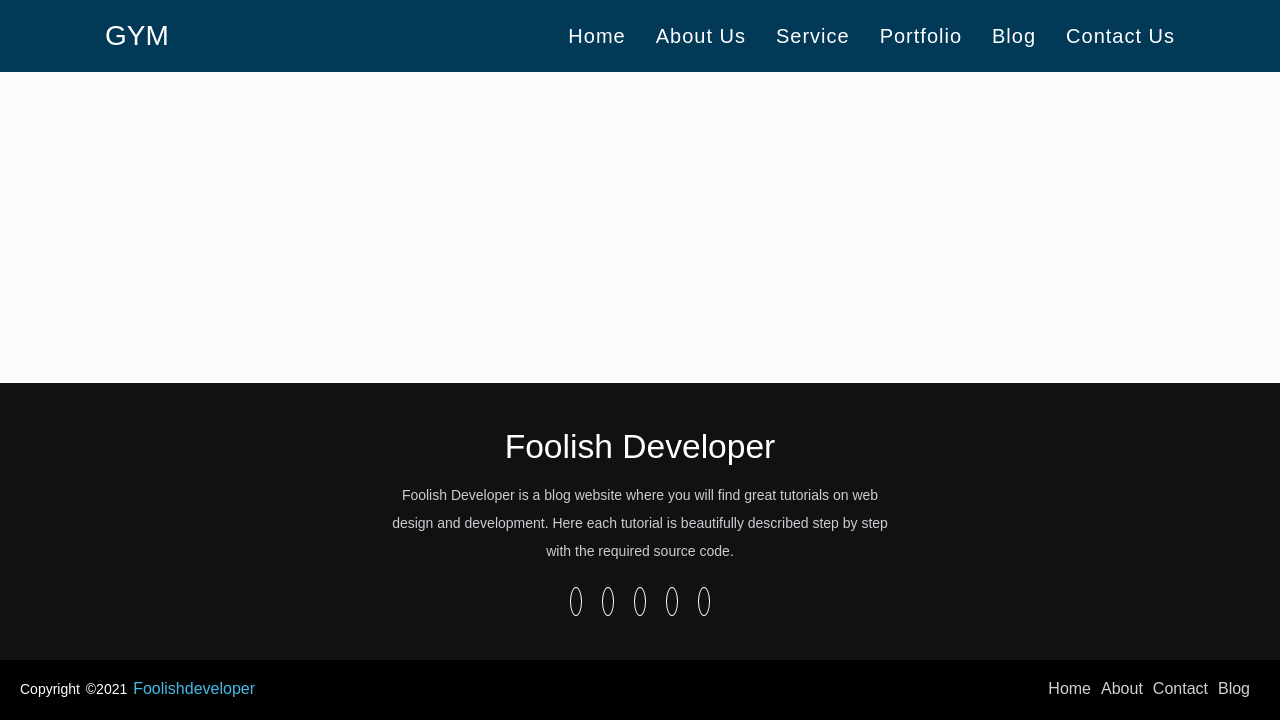
Repository: mcleanka/gym-management-system
Page: index.html
An editor plug-in stored every save of this project. The page is shown before and after the next save, followed by the edit.
The browser window is 1280 px wide. The pictures show the whole page.

Above is the page before, as saved 2022-07-01 17:04:23.

### index.html
<!DOCTYPE html>
<html lang="en">

<head>
	<meta charset="UTF-8">
	<meta http-equiv="X-UA-Compatible" content="IE=edge">
	<meta name="viewport" content="width=device-width, initial-scale=1.0">
	<title>Home | Gym Management System</title>

	<link rel="stylesheet" href="css/style.css">
	<script src="js/app.js"></script>
</head>

<body>
	<div class="container">
		<div class="wrapper">

			<header id="header">
				<div class="container">
					<div class="header_left">
						<a class="logo" href="#">GYM</a>
					</div>
					<div class="header_right">
						<a href="#!" class="nav_ico">Menu</a>
						<nav class="main_nav">
							<ul>
								<li><a href="#">Home</a></li>
								<li><a href="#">About Us</a></li>
								<li><a href="#">Service</a></li>
								<li><a href="#">Portfolio</a></li>
								<li><a href="#">Blog</a></li>
								<li><a href="#">Contact Us</a></li>
							</ul>
						</nav>
					</div>
				</div>
			</header>

			<main>

			</main>


			<footer>
				<div class="footer-content">
					<h3>Foolish Developer</h3>
					<p>Foolish Developer is a blog website where you will find great tutorials on web design and
						development. Here
						each tutorial is beautifully described step by step with the required source code.</p>
					<ul class="socials">
						<li><a href="#"><i class="fa fa-facebook"></i></a></li>
						<li><a href="#"><i class="fa fa-twitter"></i></a></li>
						<li><a href="#"><i class="fa fa-google-plus"></i></a></li>
						<li><a href="#"><i class="fa fa-youtube"></i></a></li>
						<li><a href="#"><i class="fa fa-linkedin-square"></i></a></li>
					</ul>
				</div>
				<div class="footer-bottom">
					<p>copyright &copy;2021 <a href="#">foolishdeveloper</a> </p>
					<div class="footer-menu">
						<ul class="f-menu">
							<li><a href="">Home</a></li>
							<li><a href="">About</a></li>
							<li><a href="">Contact</a></li>
							<li><a href="">Blog</a></li>
						</ul>
					</div>
				</div>

			</footer>
		</div>
	</div>
</body>

</html>

### css/style.css
     * {
     	margin: 0;
     	padding: 0;
     	box-sizing: border-box;
     }

     *,
     *:after,
     *:before {
     	box-sizing: border-box;
     }

     a {
     	text-decoration: none;
     }

     body {
     	background: #fcfcfc;
     	font-family: sans-serif;
     }

     #header {
     	padding: 20px 10px;
     	display: flex;
     	align-items: center;
     	justify-content: space-between;
     	background: #023957;
     	position: fixed;
     	left: 0;
     	top: 0;
     	width: 100%;
     }

     .container {
     	max-width: 1100px;
     	width: 100%;
     	margin: 0 auto;
     	padding: 0 15px;
     	display: flex;
     	align-items: center;
     	justify-content: space-between;
     }


     .logo {
     	font-size: 28px;
     	color: white;
     }

     .nav_ico {
     	display: block;
     	padding: 4px 7px;
     	color: white;
     	border: 2px solid white;
     	cursor: pointer;
     }

     .nav_ico:hover {
     	background: white;
     	color: black;
     }

     .main_nav {
     	float: right;
     }

     .main_nav ul {
     	margin: 0;
     	padding: 0px;
     	list-style: none;
     }

     .main_nav ul li {
     	float: left;
     	margin: 0 0 0 30px;
     	position: relative;
     	font-size: 20px;
     	letter-spacing: 1px;
     	font-weight: 300;
     	overflow: hidden;
     }

     .main_nav ul li a {
     	color: white;
     	display: block;
     	line-height: 1.4;
     	text-decoration: none;
     }

     .main_nav ul li a:before {
     	content: "";
     	position: absolute;
     	left: 100%;
     	top: 0;
     	height: 2px;
     	width: 100%;
     	background: #d4e706;
     	transition: all 0.3s ease-in-out;
     }

     .main_nav ul li a:after {
     	content: "";
     	position: absolute;
     	right: 100%;
     	bottom: 0;
     	height: 2px;
     	width: 100%;
     	background: #d4e706;
     	transition: all 0.3s ease-in-out;
     }

     .main_nav ul li:hover a:before {
     	left: 0;
     }

     .main_nav ul li:hover a:after {
     	right: 0;
     }

     @media only screen and (min-width:768px) and (max-width:991px) {
     	.main_nav ul li {
     		margin: 0 0 0 15px;
     		font-size: 16px;
     	}

     }

     @media screen and (min-width: 768px) {
     	.nav_ico {
     		display: none;
     	}
     }

     @media screen and (max-width: 767px) {
     	.nav_ico {
     		display: block;
     		position: relative;
     		z-index: 10;

     	}

     	.main_nav {
     		position: fixed;
     		left: 0;
     		top: 70px;
     		padding: 0;
     		background: #032c43;
     		z-index: 5;
     		height: calc(100vh - 74px);
     		width: calc(100% - 80px);
     		transition: all 0.3s ease-out;
     		transform: translateX(-100%);
     	}

     	.main_nav ul li {
     		float: none;
     		margin: 0 !important;
     		padding: 0 !important;
     		border-bottom: 1px solid;
     		text-align: center;
     	}

     	.main_nav ul li a {
     		display: block;
     		color: #fff;
     		padding: 15px;
     	}

     	.main_nav:after {
     		content: "";
     		position: absolute;
     		left: 100%;
     		top: 0;
     		height: 100%;
     		width: 0;
     		background: rgba(0, 0, 0, 0.7);
     	}

     	.main_nav.active {
     		transform: translateX(0%);
     	}

     	.main_nav.active:after {
     		width: 1000%;
     	}

     }



     footer {
     	position: absolute;
     	bottom: 0;
     	left: 0;
     	right: 0;
     	background: #111;
     	height: auto;
     	width: 100vw;

     	padding-top: 40px;
     	color: #fff;
     }

     .footer-content {
     	display: flex;
     	align-items: center;
     	justify-content: center;
     	flex-direction: column;
     	text-align: center;
     }

     .footer-content h3 {
     	font-size: 2.1rem;
     	font-weight: 500;
     	text-transform: capitalize;
     	line-height: 3rem;
     }

     .footer-content p {
     	max-width: 500px;
     	margin: 10px auto;
     	line-height: 28px;
     	font-size: 14px;
     	color: #cacdd2;
     }

     .socials {
     	list-style: none;
     	display: flex;
     	align-items: center;
     	justify-content: center;
     	margin: 1rem 0 3rem 0;
     }

     .socials li {
     	margin: 0 10px;
     }

     .socials a {
     	text-decoration: none;
     	color: #fff;
     	border: 1.1px solid white;
     	padding: 5px;

     	border-radius: 50%;

     }

     .socials a i {
     	font-size: 1.1rem;
     	width: 20px;


     	transition: color .4s ease;

     }

     .socials a:hover i {
     	color: aqua;
     }

     .footer-bottom {
     	background: #000;
     	width: 100vw;
     	padding: 20px;
     	padding-bottom: 40px;
     	text-align: center;
     }

     .footer-bottom p {
     	float: left;
     	font-size: 14px;
     	word-spacing: 2px;
     	text-transform: capitalize;
     }

     .footer-bottom p a {
     	color: #44bae8;
     	font-size: 16px;
     	text-decoration: none;
     }

     .footer-bottom span {
     	text-transform: uppercase;
     	opacity: .4;
     	font-weight: 200;
     }

     .footer-menu {
     	float: right;

     }

     .footer-menu ul {
     	display: flex;
     }

     .footer-menu ul li {
     	padding-right: 10px;
     	display: block;
     }

     .footer-menu ul li a {
     	color: #cfd2d6;
     	text-decoration: none;
     }

     .footer-menu ul li a:hover {
     	color: #27bcda;
     }

     @media (max-width:500px) {
     	.footer-menu ul {
     		display: flex;
     		margin-top: 10px;
     		margin-bottom: 20px;
     	}
     }

### js/app.js
/* Toggle between adding and removing the "responsive" class to topnav when the user clicks on the icon */
function myFunction() {
	var x = document.getElementById("myTopnav");
	if (x.className === "topnav") {
		x.className += " responsive";
	} else {
		x.className = "topnav";
	}
}

/* $(document).ready(function () {

	$(".nav_ico").click(function () {
		$(".main_nav").toggleClass("active");
	});

	$(".main_nav").click(function () {
		$(this).removeClass("active");
	});

	$(".main_nav ul").click(function (event) {
		event.stopImmediatePropagation();
	});

}); */

After the next save:
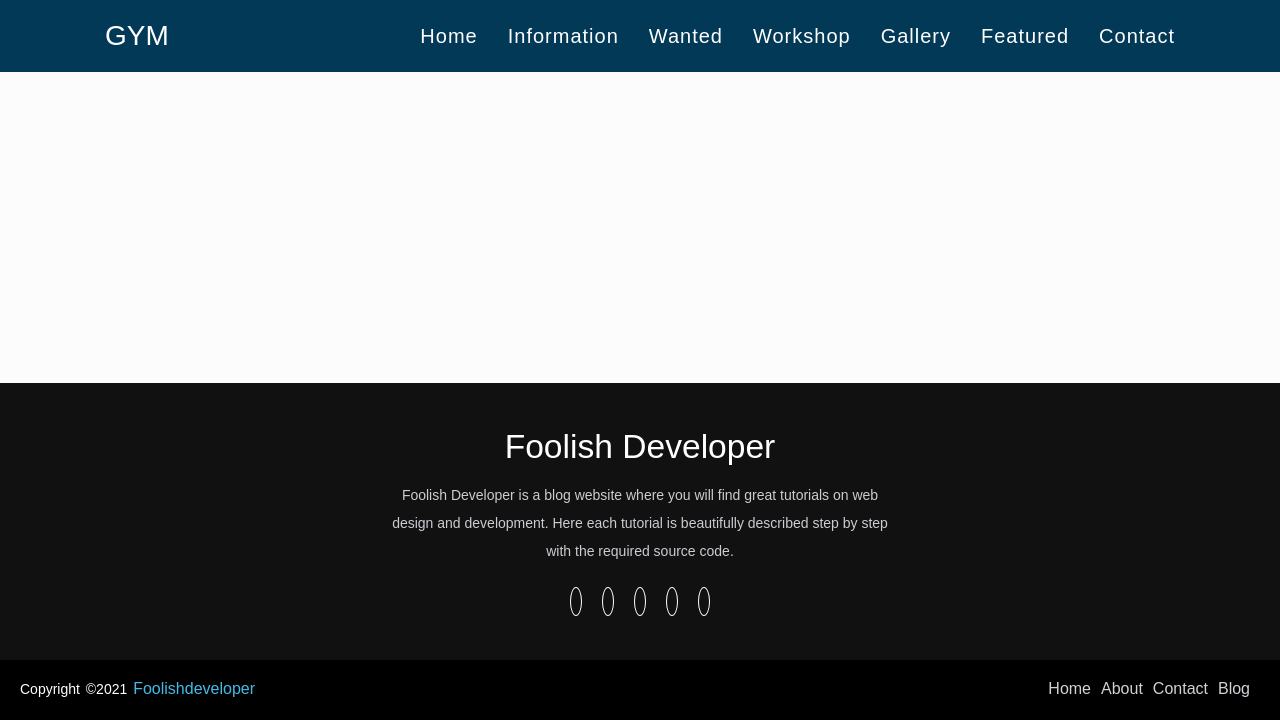
Saved 43 s later.
--- a/index.html
+++ b/index.html
@@ -25,11 +25,12 @@
 						<nav class="main_nav">
 							<ul>
 								<li><a href="#">Home</a></li>
-								<li><a href="#">About Us</a></li>
-								<li><a href="#">Service</a></li>
-								<li><a href="#">Portfolio</a></li>
-								<li><a href="#">Blog</a></li>
-								<li><a href="#">Contact Us</a></li>
+								<li><a href="#">Information</a></li>
+								<li><a href="#">Wanted</a></li>
+								<li><a href="#">Workshop</a></li>
+								<li><a href="#">Gallery</a></li>
+								<li><a href="#">Featured</a></li>
+								<li><a href="#">Contact</a></li>
 							</ul>
 						</nav>
 					</div>
